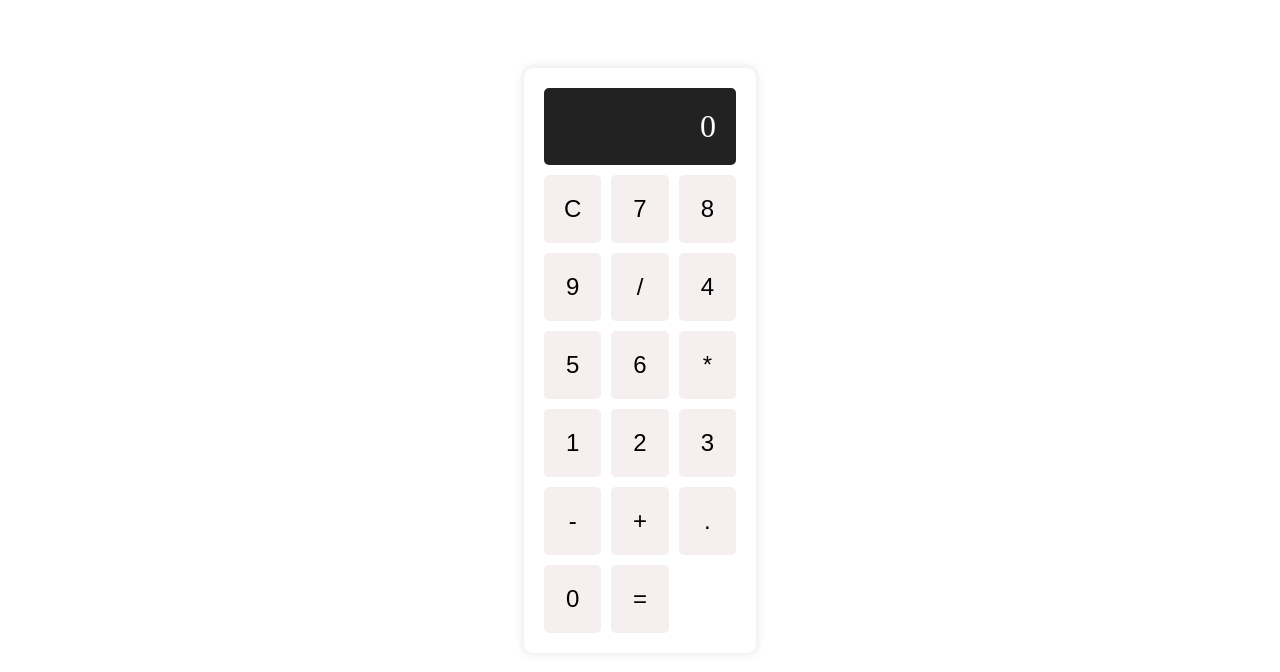
Repository: alizey12/calculator
Page: index.html
These files come from the project's save history. The page is drawn as it stood at one moment and after the next save; the edit follows.
The browser window is 1280 px wide. The pictures show the whole page.

Above is the page before, as saved 2024-11-23 18:46:32.

After the next save:
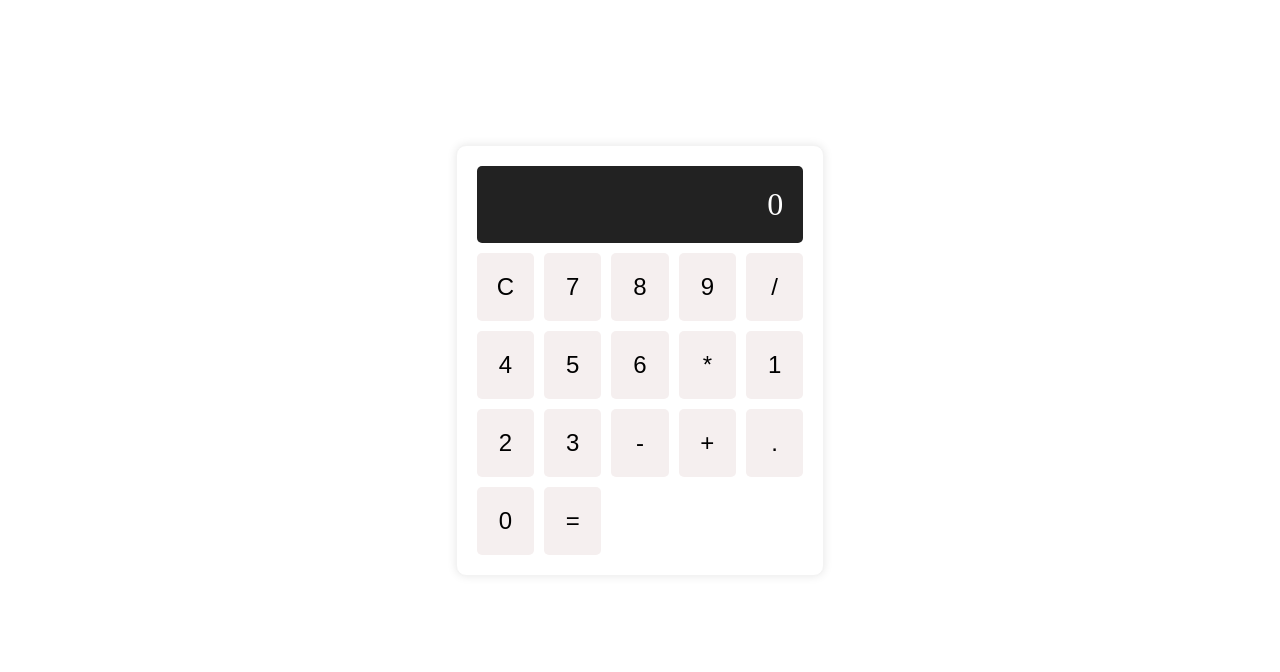
Saved 5 s later.
--- a/styles.css
+++ b/styles.css
@@ -28,7 +28,7 @@ body {
 
 .buttons {
     display: grid;
-    grid-template-columns: repeat(3, 1fr);
+    grid-template-columns: repeat(5, 1fr);
     gap: 10px;
 }
 
